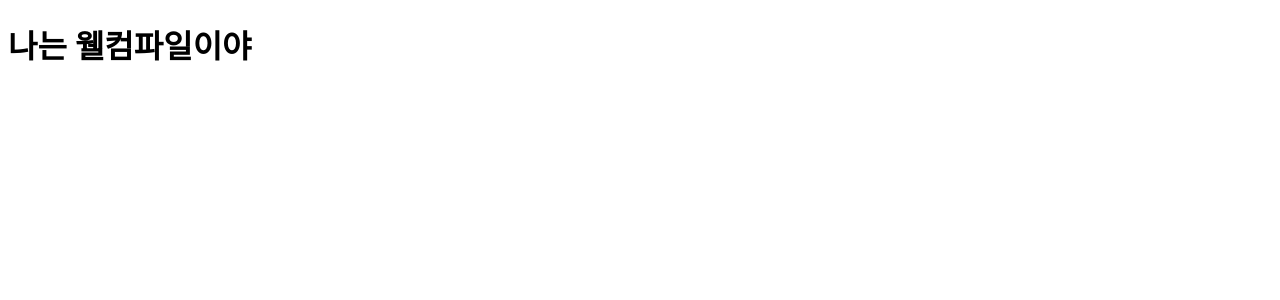
Repository: dongja86/spring
Page: http://localhost/springProject/
These files come from the project's save history. The page is drawn as it stood at one moment and after the next save; the edit follows.
The browser window is 1280 px wide. The pictures show the whole page.
The page is served by Tomcat 9. Nobody is signed in. The application's start-up code is not run.

Above is the page before, as saved 2024-04-16 05:28:48.

After the next save:
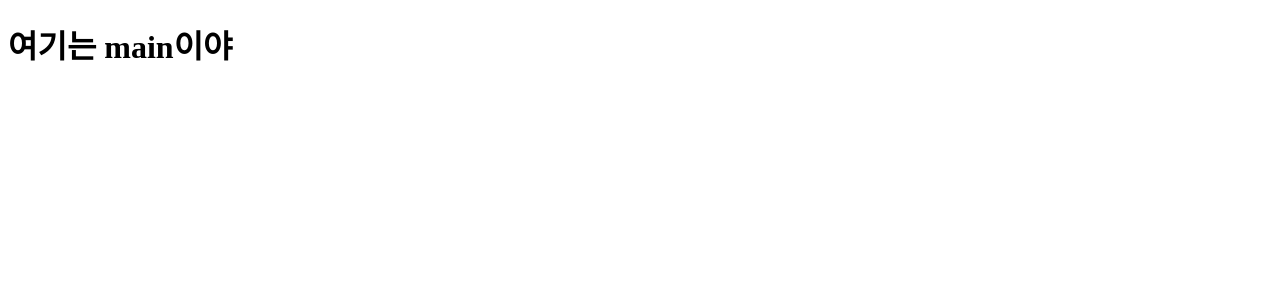
Saved 83 s later.
--- a/springProject/src/main/webapp/index.jsp
+++ b/springProject/src/main/webapp/index.jsp
@@ -8,7 +8,7 @@
 </head>
 <body>
 
-		<h1> 나는 웰컴파일이야 </h1>
+		<jsp:forward page="WEB-INF/views/main.jsp"/>
 
 
 </body>
